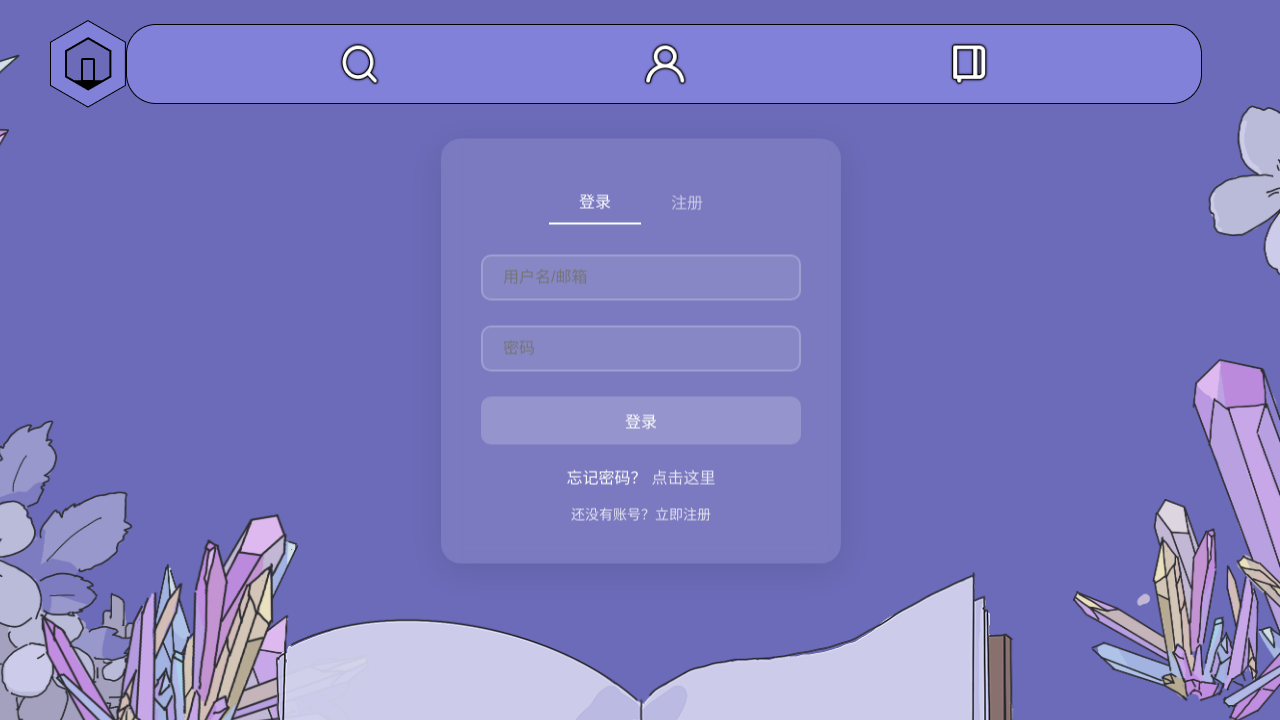
Repository: carolmmc/BabelLibrary
Page: find 登陆页.html
An editor plug-in stored every save of this project. The page is shown before and after the next save, followed by the edit.
The browser window is 1280 px wide. The pictures show the whole page.

Above is the page before, as saved 2025-05-09 22:21:40.

### find 登陆页.html
<!DOCTYPE html>
<html lang="zh-CN">
<head>
    <meta charset="UTF-8">
    <meta name="viewport" content="width=device-width, initial-scale=1.0">
    <meta name="format-detection" content="telephone=no">
    <meta name="format-detection" content="email=no">
    <style>
        * {
            margin: 0;
            padding: 0;
            box-sizing: border-box;
        }

        body {
            background: #6C6BB9;
            min-height: 100vh;
            font-family: 'PingFang SC', 'Microsoft YaHei', sans-serif;
        }

        .header {
            display: flex;
            justify-content: space-between;
            align-items: center;
            padding: 20px 50px;
            position: fixed;
            top: 0;
            left: 0;
            right: 0;
            z-index: 100;
        }

        .logo {
            width: 75.892px;
            height: 87.633px;
            flex-shrink: 0;
            object-fit: contain; /* 保持图片比例 */
        }

        /* 导航栏容器 */
        .nav-container {
            position: relative;
            width: 1076px;
            height: 80px;
        }

        /* 导航图标容器 */
        .nav-icons {
            position: absolute;
            top: 50%;
            left: 50%;
            transform: translate(-50%, -50%);
            display: flex;
            justify-content: space-between; /* 改用 space-between 实现均匀分布 */
            width: 60%; /* 控制图标分布的整体宽度范围 */
            z-index: 2;
        }

        /* 导航图标通用样式 */
        .nav-icon {
            flex-shrink: 0;
            cursor: pointer;
            filter: drop-shadow(0px 0px 1px #000);
            transition: transform 0.3s ease; /* 将过渡效果移到这里 */
        }

        /* 搜索图标 */
        .find-icon {
            width: 37px;
            height: 39px;
        }

        /* 我的图标 */
        .mine-icon {
            width: 40px;
            height: 39px;
        }

        /* 书架图标 */
        .shelf-icon {
            width: 34px;
            height: 39px;
        }

        /* 图标悬停效果 */
        .nav-icon:hover {
            transform: scale(1.1);
        }

        .content-center {
            position: absolute;
            top: 40%; /* 调整整体位置偏上一些 */
            left: 50%;
            transform: translate(-50%, -50%);
            text-align: center;
            width: 100%;
            display: flex;
            justify-content: center;
            align-items: center;
            height: 100vh;
        }
        /* 底部装饰图样式 */
        .bottom-decoration {
            position: fixed;
            bottom: 0;
            left: 50%;
            transform: translateX(-50%);  /* 居中定位 */
            width: 1526px;  /* 使用原始宽度 */
            height: 859px;  /* 使用原始高度 */
            background: url('homepage frame1.png') bottom center no-repeat;
            background-size: contain;  /* 确保图片完整显示 */
            z-index: 1;
            animation: breath-animation 4s ease-in-out infinite;
        }

        /* 添加第二个装饰图样式 */
        .decoration-frame2 {
            position: fixed;
            bottom: 0;
            left: 50%;
            transform: translateX(-50%);
            width: 775px;
            height: 155px;
            flex-shrink: 0;
            aspect-ratio: 5/1;
            background: url('homepageframe2.png') center no-repeat;
            background-size: contain;
            z-index: 2; /* 确保显示在第一个装饰图之上 */
            animation: breath-animation 4s ease-in-out infinite;
        }

        /* 修改呼吸动画 */
        @keyframes breath-animation {
            0%, 100% {
                opacity: 0.9;
                transform: translateX(-50%) scale(1);  /* 保持居中的同时缩放 */
            }
            50% {
                opacity: 1;
                transform: translateX(-50%) scale(1.02);
            }
        }

        .login-container {
            position: absolute;
            top: 50%;
            left: 50%;
            transform: translate(-50%, -50%); /* 保持居中 */
            /* 然后通过 margin 微调位置 */
            margin-top: 300px; /* 向上移动 */
            margin-left: 1px; /* 向右移动 */
            background: rgba(255, 255, 255, 0.1);
            backdrop-filter: blur(10px);
            padding: 40px;
            border-radius: 20px;
            box-shadow: 0 8px 32px rgba(0, 0, 0, 0.1);
            width: 400px;
            z-index: 3;
        }

        .form-group {
            margin-bottom: 25px;
        }

        .form-input {
            width: 100%;
            padding: 12px 20px;
            background: rgba(255, 255, 255, 0.1);
            border: 2px solid rgba(255, 255, 255, 0.2);
            border-radius: 10px;
            color: white;
            font-size: 16px;
            transition: all 0.3s ease;
        }

        .form-input:focus {
            outline: none;
            border-color: rgba(255, 255, 255, 0.5);
            background: rgba(255, 255, 255, 0.15);
        }

        .form-button {
            width: 100%;
            padding: 12px;
            background: rgba(255, 255, 255, 0.2);
            border: none;
            border-radius: 10px;
            color: white;
            font-size: 16px;
            cursor: pointer;
            transition: all 0.3s ease;
        }

        .form-button:hover {
            background: rgba(255, 255, 255, 0.3);
            transform: translateY(-2px);
        }

        .form-switch {
            text-align: center;
            margin-top: 20px;
            color: white;
        }

        .form-switch a {
            color: rgba(255, 255, 255, 0.8);
            text-decoration: none;
            margin-left: 5px;
        }

        .form-switch a:hover {
            text-decoration: underline;
        }

        .tab-container {
            display: flex;
            justify-content: center;
            margin-bottom: 30px;
        }

        .tab-button {
            padding: 10px 30px;
            background: none;
            border: none;
            color: white;
            font-size: 16px;
            cursor: pointer;
            opacity: 0.6;
            transition: all 0.3s ease;
        }

        .tab-button.active {
            opacity: 1;
            border-bottom: 2px solid white;
        }

        .to-register {
            text-align: center;
            margin-top: 15px;
        }

        .to-register a {
            color: rgba(255, 255, 255, 0.8);
            text-decoration: none;
            font-size: 14px;
            transition: all 0.3s ease;
        }

        .to-register a:hover {
            color: white;
            text-decoration: underline;
        }
    </style>
</head>
<body>
    <header class="header">
        <img src="logo.png" alt="巴别插画 Logo" class="logo">
        <div class="nav-container">
            <img src="navigate background.png" alt="导航栏" class="nav-background">
            <div class="nav-icons">
                <img src="find.png" alt="搜索" class="nav-icon find-icon">
                <img src="mine.png" alt="我的" class="nav-icon mine-icon">
                <img src="shelf.png" alt="书架" class="nav-icon shelf-icon">
            </div>
        </div>
        <div style="width: 150px;"></div>
    </div>
    <div class="content-center">
        <div class="login-container">
            <div class="tab-container">
                <button class="tab-button active" onclick="switchTab('login')">登录</button>
                <button class="tab-button" onclick="switchTab('register')">注册</button>
            </div>

            <!-- 登录表单 -->
            <form id="loginForm" class="form">
                <div class="form-group">
                    <input type="text" class="form-input" placeholder="用户名/邮箱" required>
                </div>
                <div class="form-group">
                    <input type="password" class="form-input" placeholder="密码" required>
                </div>
                <button type="submit" class="form-button">登录</button>
                <div class="form-switch">
                    忘记密码？<a href="#">点击这里</a>
                </div>
            </form>

            <!-- 注册表单 -->
            <form id="registerForm" class="form" style="display: none;">
                <div class="form-group">
                    <input type="email" class="form-input" placeholder="邮箱" required>
                </div>
                <div class="form-group">
                    <input type="text" class="form-input" placeholder="用户名" required>
                </div>
                <div class="form-group">
                    <input type="password" class="form-input" placeholder="密码" required>
                </div>
                <div class="form-group">
                    <input type="password" class="form-input" placeholder="确认密码" required>
                </div>
                <button type="submit" class="form-button">注册</button>
            </form>
            <div class="to-register">
                <a href="register.html">还没有账号？立即注册</a>
            </div>
        </div>
    </div>
    <div class="bottom-decoration"></div>
    <div class="decoration-frame2"></div>
    <script>
        function switchTab(tab) {
            // 获取表单和按钮元素
            const loginForm = document.getElementById('loginForm');
            const registerForm = document.getElementById('registerForm');
            const loginTab = document.querySelector('.tab-button:nth-child(1)');
            const registerTab = document.querySelector('.tab-button:nth-child(2)');

            if (tab === 'login') {
                // 切换到登录表单
                loginForm.style.display = 'block';
                registerForm.style.display = 'none';
                loginTab.classList.add('active');
                registerTab.classList.remove('active');
            } else {
                // 切换到注册表单
                loginForm.style.display = 'none';
                registerForm.style.display = 'block';
                loginTab.classList.remove('active');
                registerTab.classList.add('active');
            }
        }

        // 添加表单提交处理
        document.getElementById('loginForm').addEventListener('submit', function(e) {
            e.preventDefault();
            // 这里添加登录逻辑
            console.log('登录表单提交');
        });

        document.getElementById('registerForm').addEventListener('submit', function(e) {
            e.preventDefault();
            // 这里添加注册逻辑
            console.log('注册表单提交');
        });
    </script>
</body>
</html>

After the next save:
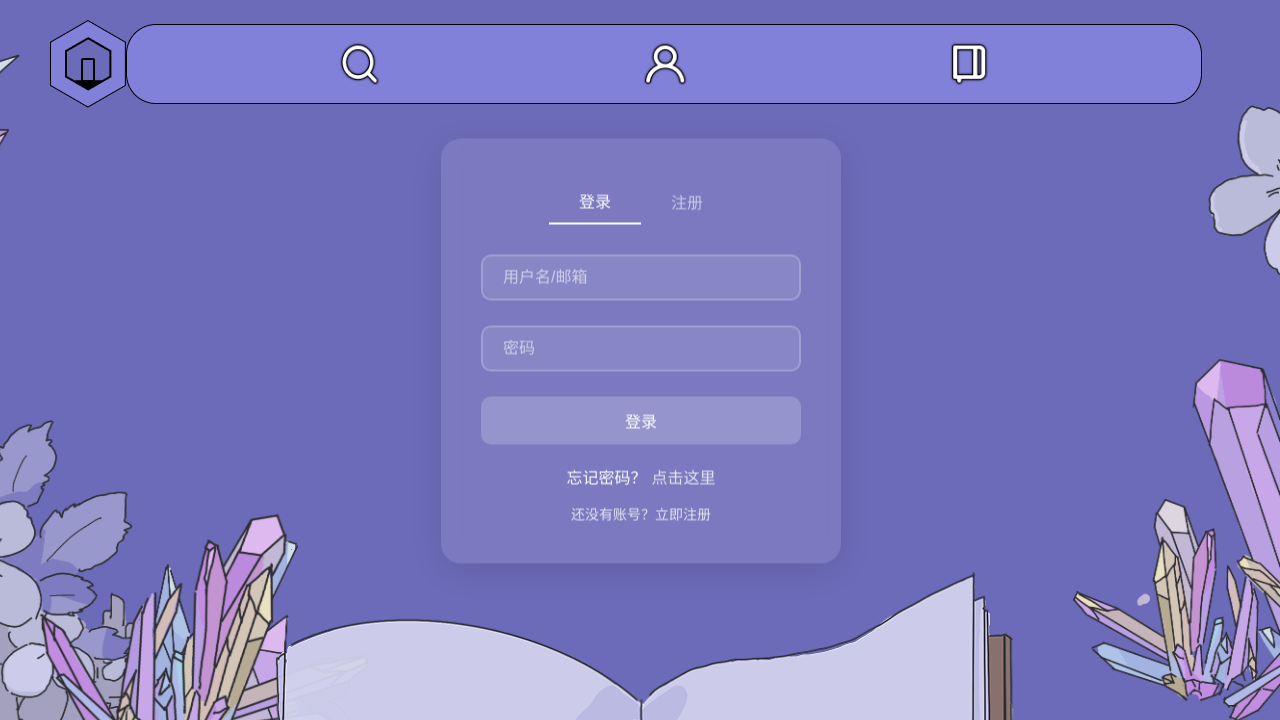
Saved 59 s later.
--- a/find 登陆页.html
+++ b/find 登陆页.html
@@ -171,12 +171,18 @@
             color: white;
             font-size: 16px;
             transition: all 0.3s ease;
+            caret-color: white; /* 添加光标颜色 */
+        }
+
+        .form-input::placeholder {
+            color: rgba(255, 255, 255, 0.6); /* 优化占位符颜色 */
         }
 
         .form-input:focus {
             outline: none;
             border-color: rgba(255, 255, 255, 0.5);
             background: rgba(255, 255, 255, 0.15);
+            box-shadow: 0 0 10px rgba(255, 255, 255, 0.1); /* 添加焦点时的阴影效果 */
         }
 
         .form-button {
